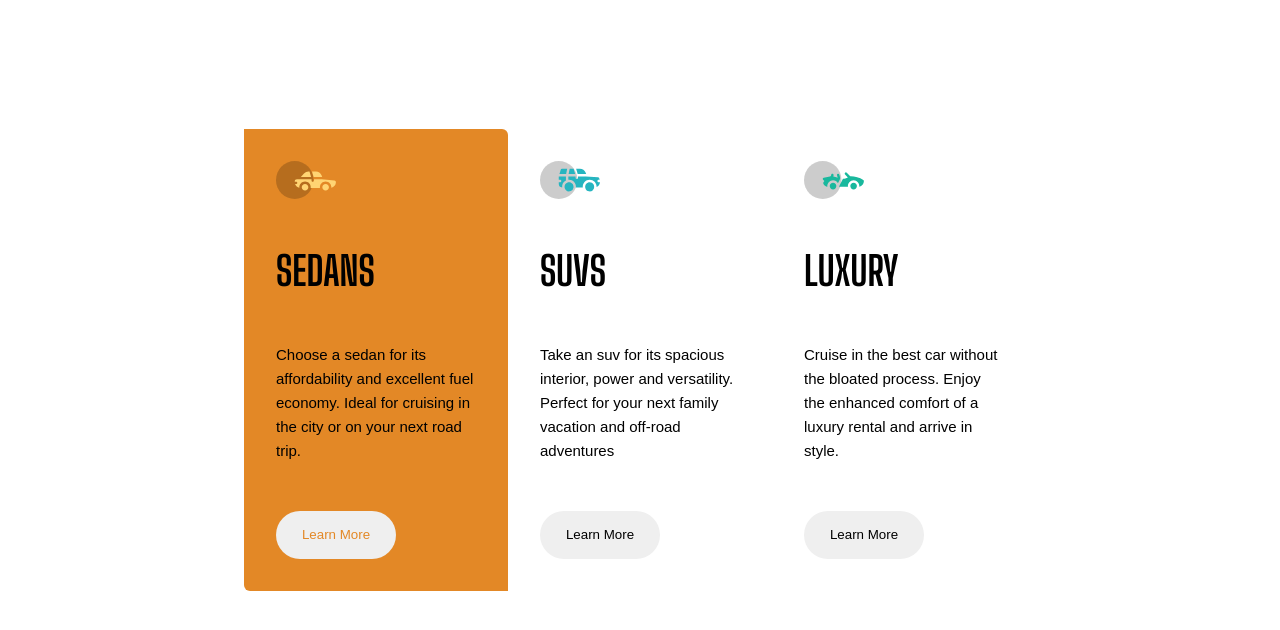
Repository: UnegbuAbigail/3-columns-cards
Page: index.html
These files come from the project's save history. The page is drawn as it stood at one moment and after a run of saves; the edit follows.
The browser window is 1280 px wide. The pictures show the whole page.

Above is the page before, as saved 2024-08-03 14:45:19.

After the next 2 saves:
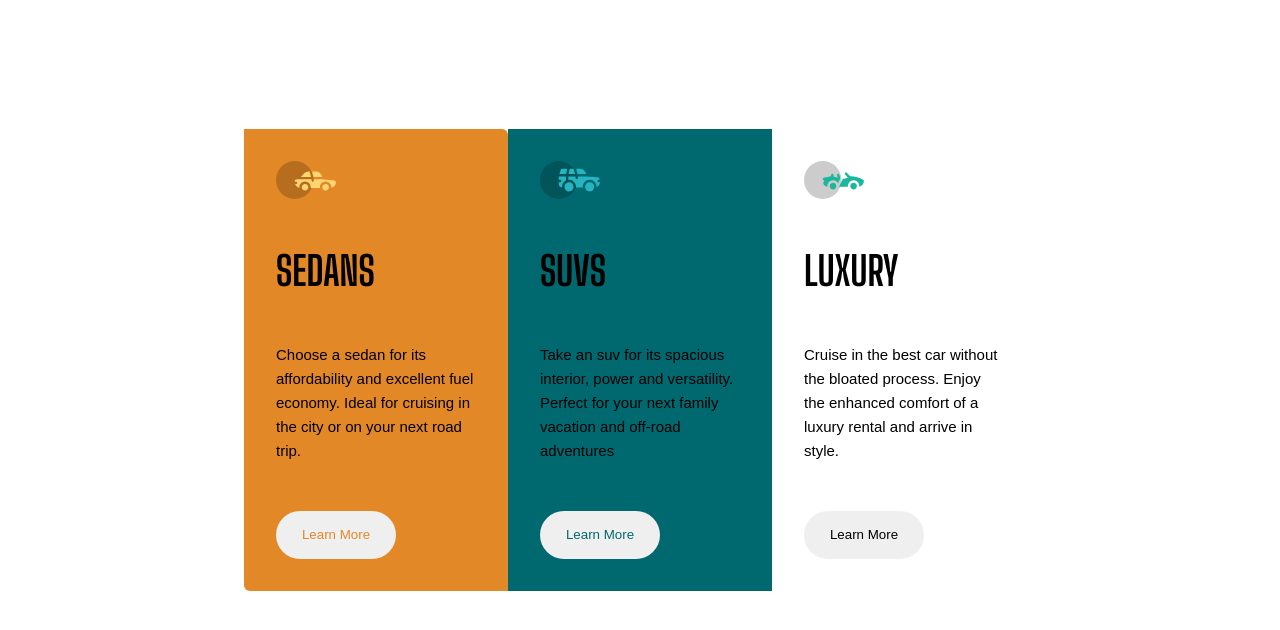
The 2 saves are shown as one change because they came seconds apart.
The last was saved 66 s later.
--- a/style.css
+++ b/style.css
@@ -91,11 +91,11 @@ button{
     color: var(--bright-orange);
 }
 
-#card-2{
+#cards-2{
     background-color: var(--dark-cyan);
 }
 
-#card-2 button{
+#cards-2 button{
     color: var(--dark-cyan);
 }
 
